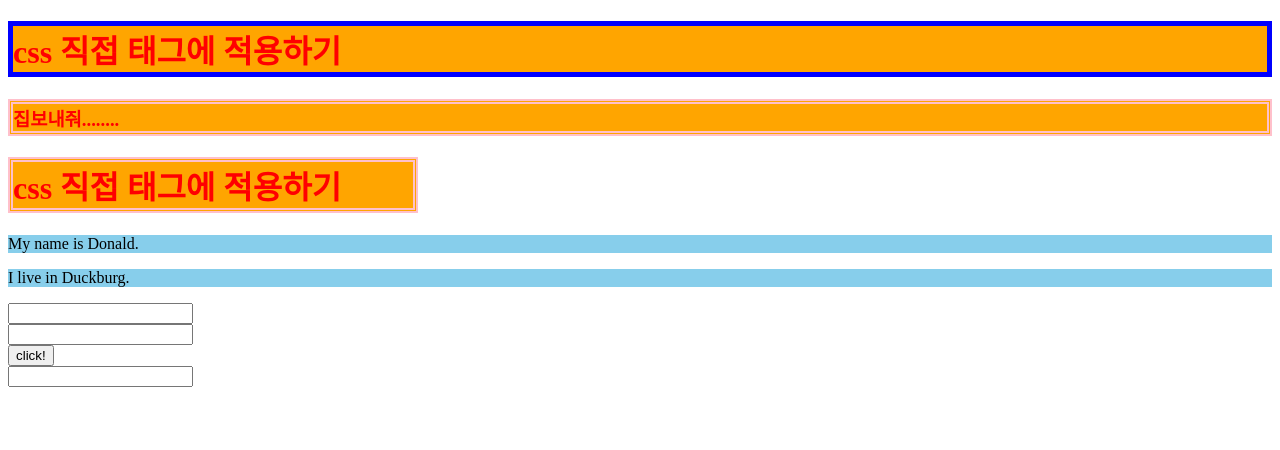
Repository: JeongHyeongKim/practice_myself
Page: Si_basic/WebProject/setp01_HTMLCS/WebContent/CSS/ex02_CSSExternal.html
The author's editor kept a copy of each file at every save. The page is drawn from the files as they stood at one save, then again after the next save.
The browser window is 1280 px wide. The pictures show the whole page.

Above is the page before, as saved 2019-04-22 08:07:52.

### Si_basic/WebProject/setp01_HTMLCS/WebContent/CSS/ex02_CSSExternal.html
<!DOCTYPE html>
<html>
<head>
	<meta charset="UTF-8">
	<title>Insert title here</title>
	<style>
		/*This area is permitted to only css*/
		/* 1. 태그에 적용하기*/
		h1,h3{color:red; border: double pink 5px;}

		/* 2. id로 적용하기*/
		#a{color:green; font-style:italic;}
		#aa{width:400px;}

		/* 3. class로 적용하기*/
		.b{background-color:orange;}
		.bb{font-family:궁서체;}

		/* 4. 특정 element의 하위 요소 찾기*/
		div > p {background-color:skyblue;} /*div태그에 대해 직계의 하위요소 찾기*/
		/*div p {background-color:skyblue;}*/ /*div태그 밑에 있는 모든 하위요소를 찾는다.*/

		/* 5. */
	</style>
</head>
	<body>
		<!-- 태그에 직접 css적용하면 간단하게 처리할 때 직관적으로 좋지만, 동일한 태그에 적용할 때는 반복해서 코드가 드간다. -->
		<h1 style="color:red; border:solid blue 5px;" class="b">css 직접 태그에 적용하기</h1> <!--  직접 적용하는 태그가 우선순위기 때문에 결과는 밑에꺼랑 다르다. -->

		<h3 class="b">집보내줘........</h3>

		<h1 id="aa" class="b bb">css 직접 태그에 적용하기</h1>
		<!-- class는 공백으로 구분해서 여러가지 클래스로 css를 적용 할 수 있지만, id는 아니다. -->

		<div>
		  <p>My name is Donald.</p>
		  <p>I live in Duckburg.</p>
		</div>

		<form>
			<input type="text" name="id"><br>
			<input type="password" name="pwd"><br>
			<input type="button" name="btn" value="click!"><br>
			<input type="text" name="addr"><br>
		</form>


	</body>
</html>

After the next save:
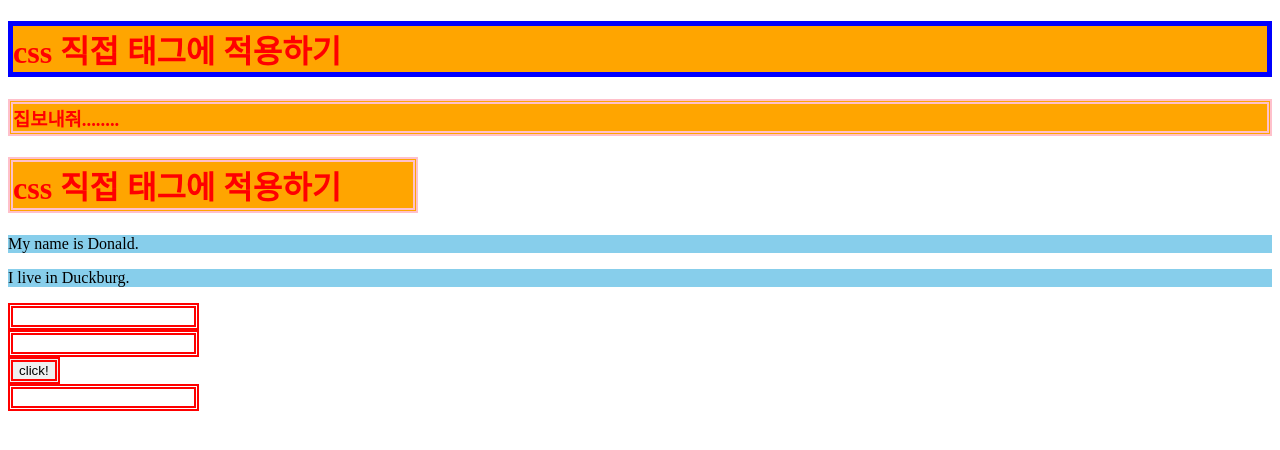
Saved 25 s later.
--- a/Si_basic/WebProject/setp01_HTMLCS/WebContent/CSS/ex02_CSSExternal.html
+++ b/Si_basic/WebProject/setp01_HTMLCS/WebContent/CSS/ex02_CSSExternal.html
@@ -20,7 +20,8 @@
 		div > p {background-color:skyblue;} /*div태그에 대해 직계의 하위요소 찾기*/
 		/*div p {background-color:skyblue;}*/ /*div태그 밑에 있는 모든 하위요소를 찾는다.*/
 
-		/* 5. */
+		/* 5. 속성으로 찾기 [] */
+		input{border:double red 5px;}
 	</style>
 </head>
 	<body>
